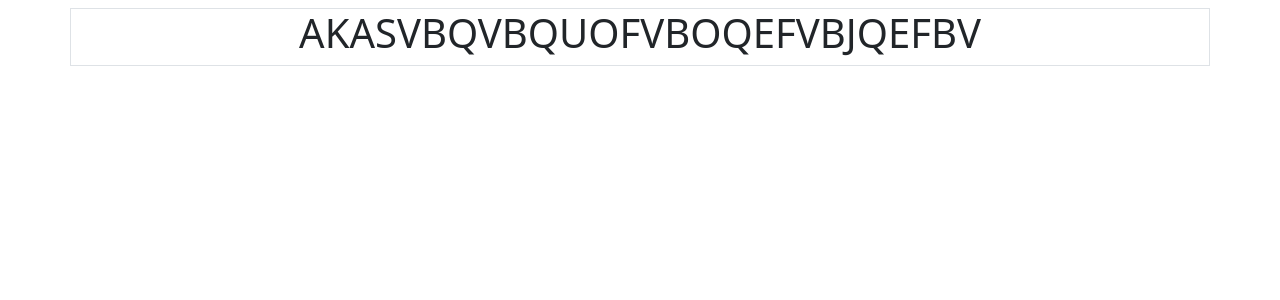
Repository: LASCLUu/Desenvolvimento-Web-Mobile-e-Jogos
Page: / (app in react-componentes-props/)
The author's editor kept a copy of each file at every save. The page is drawn from the files as they stood at one save, then again after a run of saves.
The browser window is 1280 px wide. The pictures show the whole page.
The project was rebuilt for these pictures with package versions that can differ from the ones it lists, and the page was loaded fresh each time.

Above is the page before, as saved 2024-09-23 21:38:38.

### react-componentes-props/src/index.js
import React from 'react';
import ReactDOM from 'react-dom';
import 'bootstrap/dist/css/bootstrap.min.css';
//import '@fortawesome/fontawesome-free/css/all.min.css/'

const App = () => {
    return (
        <div className='container border mt-2'>
            <div className="row">
                <div className='col-12'>
                    <h1 className='text-center'>AKASVBQVBQUOFVBOQEFVBJQEFBV</h1>
                </div>
            </div>
            <div className='col-12 .col-xl-3.col-lg-6'>
                <div className=''></div>
            </div>
        </div>
    )
}

ReactDOM.render(
    <App/>,
    document.querySelector('#root')
)

Loaded but not shown: react-componentes-props/public/index.html (common file)

After the next 2 saves:
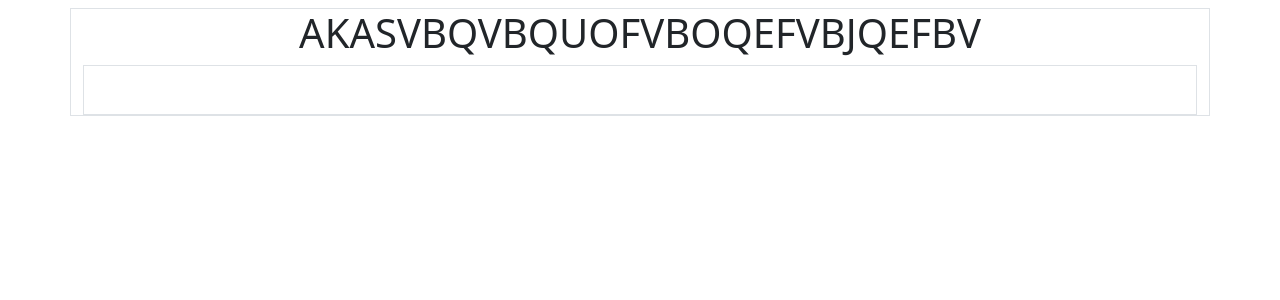
The 2 saves are shown as one change because they came seconds apart.
The last was saved 7 s later.
--- a/react-componentes-props/src/index.js
+++ b/react-componentes-props/src/index.js
@@ -12,7 +12,7 @@ const App = () => {
                 </div>
             </div>
             <div className='col-12 .col-xl-3.col-lg-6'>
-                <div className=''></div>
+                <div className='border p-4'></div>
             </div>
         </div>
     )
